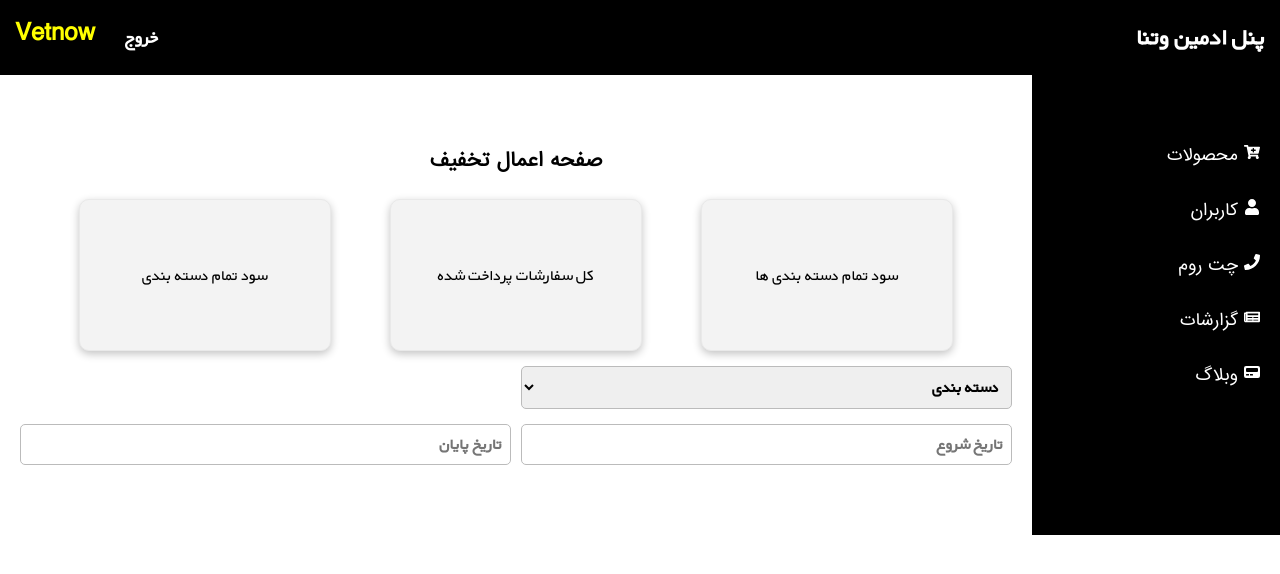
Repository: farhanahmadi/Vetnow
Page: /Reports
An editor plug-in stored every save of this project. The page is shown before and after the next save, followed by the edit.
The browser window is 1280 px wide. The pictures show the whole page.
The page's requests for data from a server got no answer. The project was rebuilt for these pictures with package versions that can differ from the ones it lists, and the page was loaded fresh each time. No one was signed in, and anything a server would have sent is missing. Also part of the build but not shown: src/components/AdminProduct.js, src/components/AddProduct.js, src/components/View.js, src/components/EditProduct.js, src/components/Users.js, src/components/AddUser.js, src/components/EditUser.js, src/components/EditView.js and 7 more.

Above is the page before, as saved 2022-01-24 23:53:45.

After the next save:
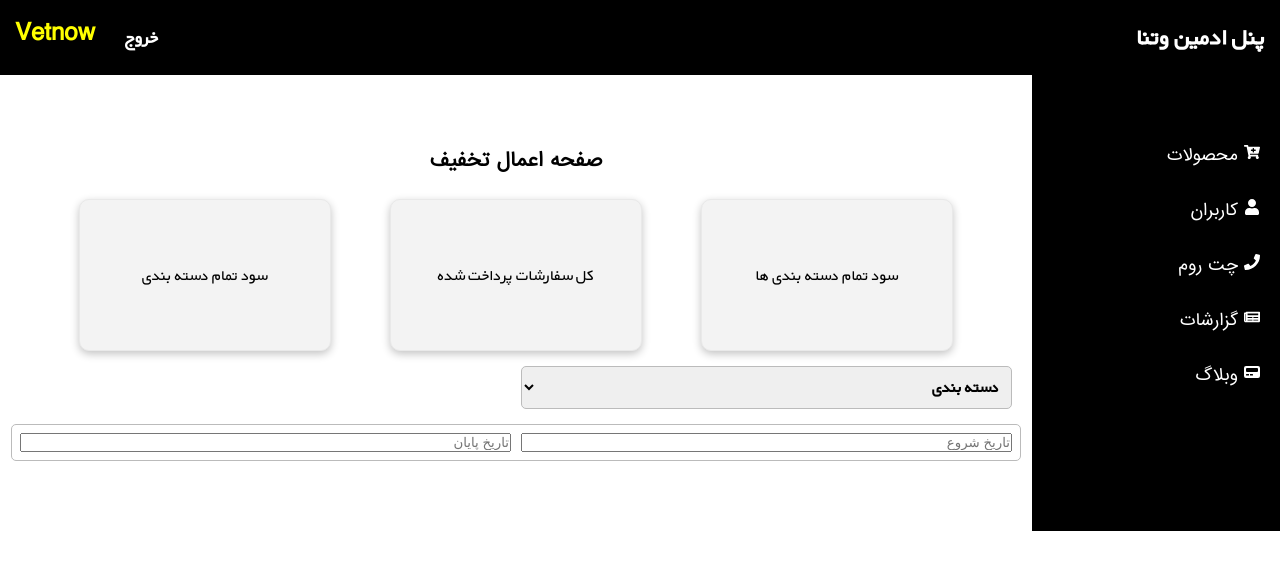
Saved 5 s later.
--- a/src/styles/Reports.module.css
+++ b/src/styles/Reports.module.css
@@ -68,7 +68,7 @@
     font-weight: bold;
     font-family: iranyekan;
 }
-.inputs input , select{
+.inputs , .sectionBox input , select{
     border-radius: 5px;
     border: 1px solid #bbbbbb;
     text-align: right;

After the save that followed:
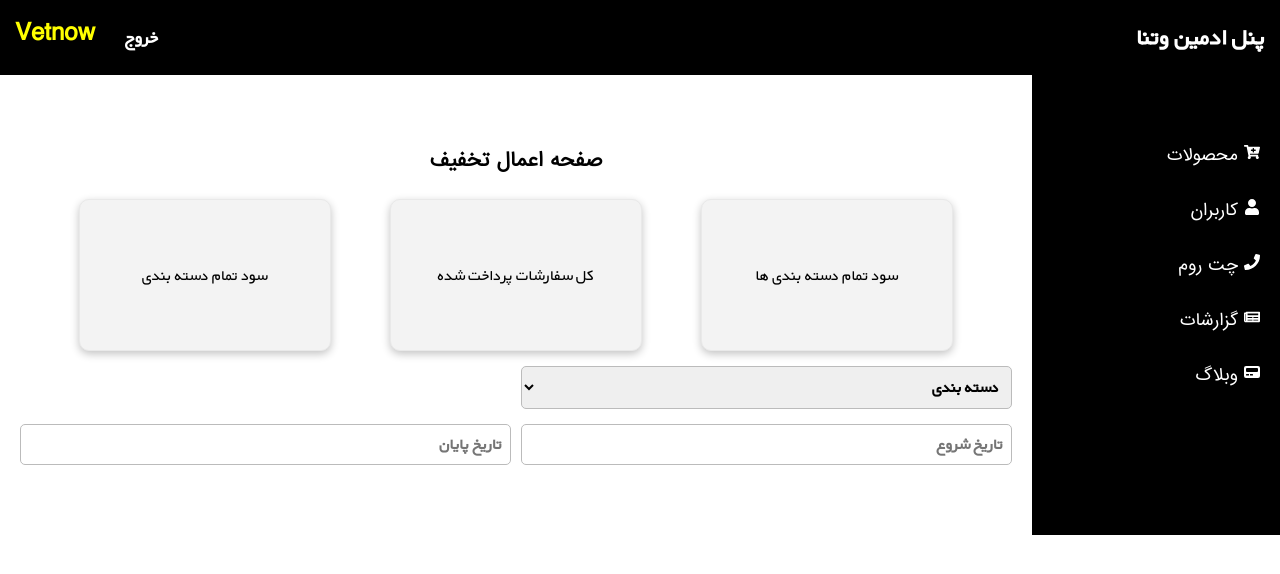
Saved 6 s later.
--- a/src/styles/Reports.module.css
+++ b/src/styles/Reports.module.css
@@ -58,7 +58,7 @@
     row-gap: 20px;
     margin-top: 15px;
 }
-.select , .sectionBox select{
+.select select{
     border-radius: 5px;
     border: 1px solid #bbbbbb;
     text-align: right;
@@ -68,7 +68,7 @@
     font-weight: bold;
     font-family: iranyekan;
 }
-.inputs , .sectionBox input , select{
+.inputs input , select{
     border-radius: 5px;
     border: 1px solid #bbbbbb;
     text-align: right;
